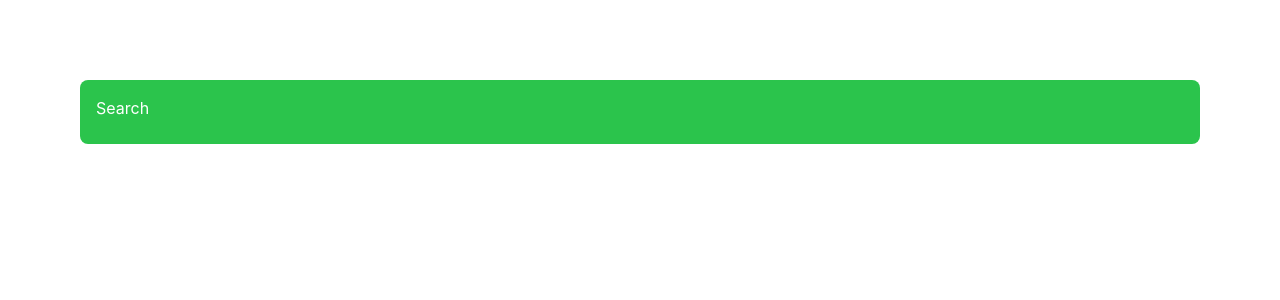
Repository: arafatmollah/pharma
Page: /
The author's editor kept a copy of each file at every save. The page is drawn from the files as they stood at one save, then again after the next save.
The browser window is 1280 px wide. The pictures show the whole page.
The project was rebuilt for these pictures with package versions that can differ from the ones it lists, and the page was loaded fresh each time.

Above is the page before, as saved 2023-03-12 01:00:22.

### src/App.js

import './App.css';
import Nav from './Nav';

function App() {
  return (
    <div className="App">
      <Nav></Nav>
    </div>
  );
}

export default App;

### src/App.css
.box-border{
    background-color: #08A1BC;
}
.p-4{
    background-color: #2BC44C;
    color: white;
}

### src/Nav.js
import React from 'react'
import './App.css';

function Nav() {
  return (
    <div>
        <div className='box-border h-16 w-100 p-4 m-20 rounded-lg'>
          <button className='p'>Search</button>
        </div>
    </div>
  )
}

export default Nav

Loaded but not shown: public/index.html (common file); src/index.js (common file); src/index.css (common file); src/reportWebVitals.js (common file); tailwind.config.js (common file)

After the next save:
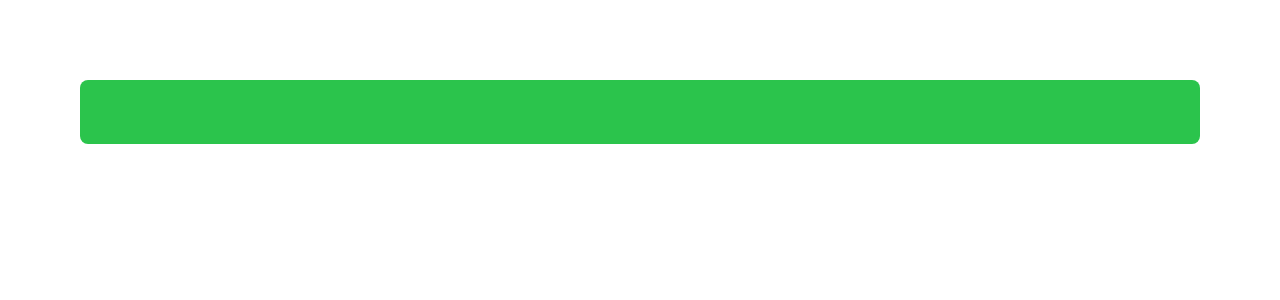
Saved 12 s later.
--- a/src/Nav.js
+++ b/src/Nav.js
@@ -5,7 +5,7 @@ function Nav() {
   return (
     <div>
         <div className='box-border h-16 w-100 p-4 m-20 rounded-lg'>
-          <button className='p'>Search</button>
+
         </div>
     </div>
   )
